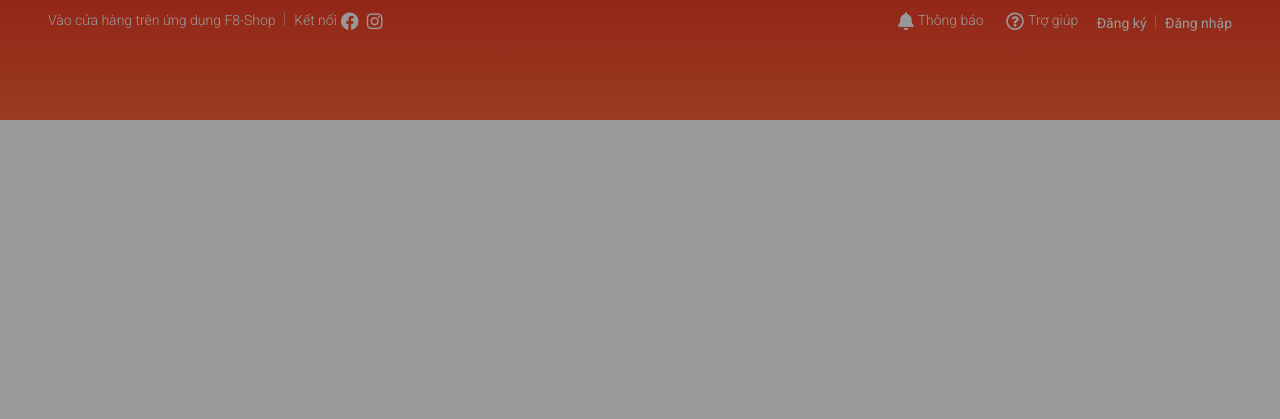
Repository: tvhoangit/tvhoangit.github.io
Page: Shoppe/index.html
These files come from the project's save history. The page is drawn as it stood at one moment and after the next save; the edit follows.
The browser window is 1280 px wide. The pictures show the whole page.

Above is the page before, as saved 2021-10-15 21:16:23.

After the next save:
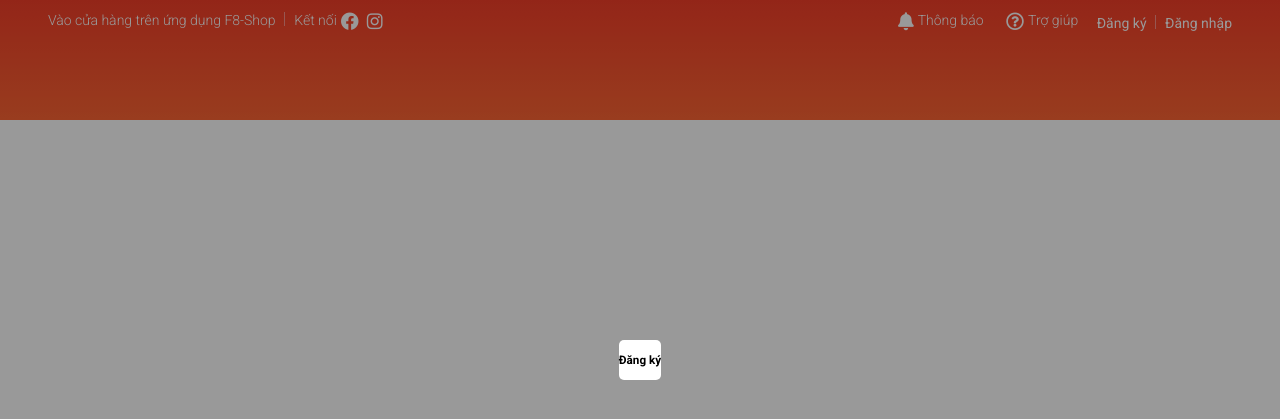
Saved 22 h 13 min later.
--- a/Shoppe/index.html
+++ b/Shoppe/index.html
@@ -118,7 +118,12 @@
         </div>
         <div class="modal__body">
             <div class="modal__inner">
-
+                <!-- authen form -->
+                <div class="auth-form">
+                    <div class="auth-form__header">
+                        <h3 class="auth-form__heading">Đăng ký</h3>
+                    </div>
+                </div>
             </div>
         </div>
     </div>
